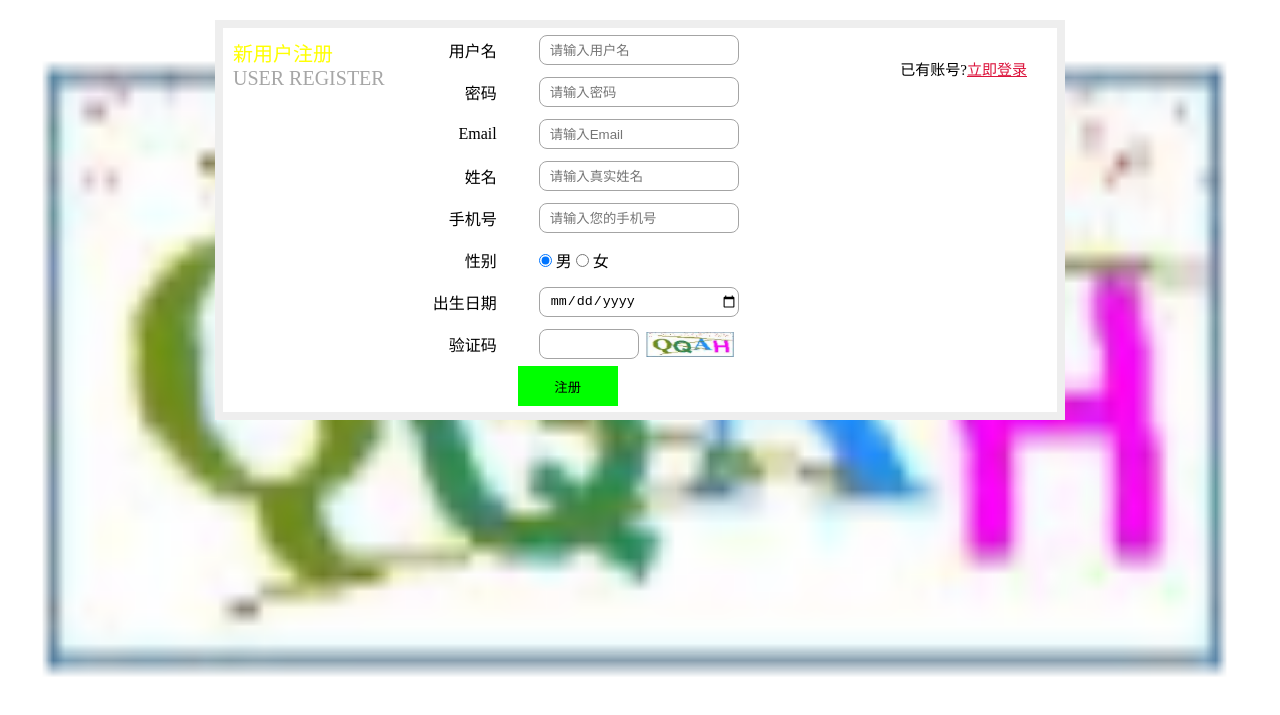
Repository: eheihaha2/whoisthespy-
Page: webDemo/WebContent/register.html
The author's editor kept a copy of each file at every save. The page is drawn from the files as they stood at one save, then again after the next save.
The browser window is 1280 px wide. The pictures show the whole page.

Above is the page before, as saved 2020-02-25 06:47:00.

After the next save:
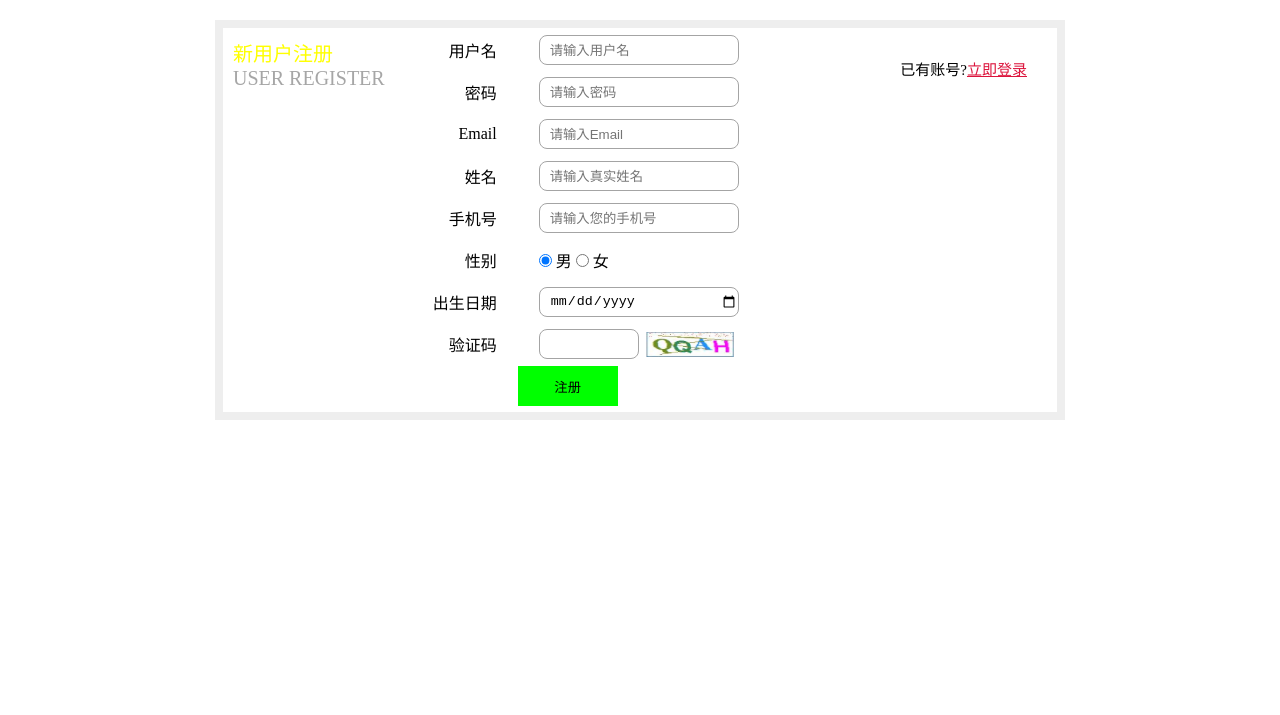
Not found: webDemo/WebContent/css/imag/9.jpg
Saved 63 s later.
--- a/webDemo/WebContent/css/register.css
+++ b/webDemo/WebContent/css/register.css
@@ -5,7 +5,7 @@
 }
 
 body {
-    background: url("imag/10.png") no-repeat center;
+    background: url(imag/9.jpg) no-repeat center;
     /*设置图片适应整个页面*/
     background-size: 100% 100%;
     background-attachment:fixed;

After the save that followed:
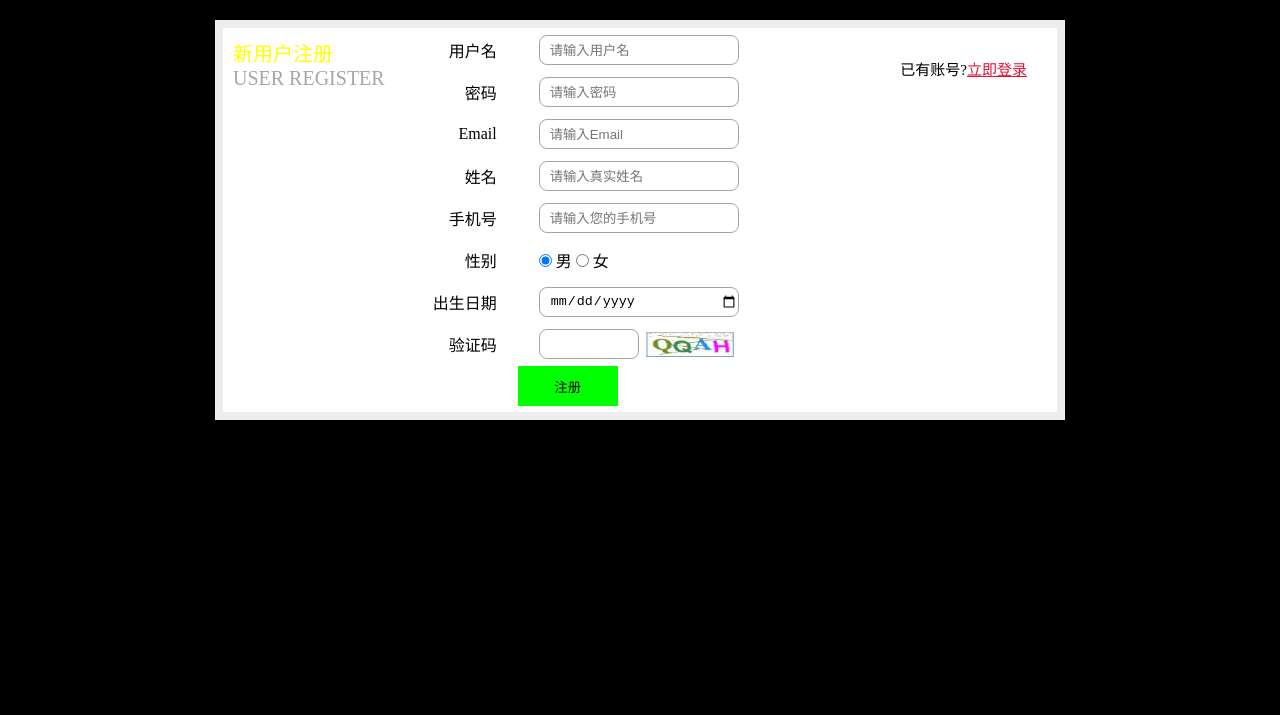
Saved 96 s later.
--- a/webDemo/WebContent/css/register.css
+++ b/webDemo/WebContent/css/register.css
@@ -5,7 +5,7 @@
 }
 
 body {
-    background: url(imag/9.jpg) no-repeat center;
+    background: black;
     /*设置图片适应整个页面*/
     background-size: 100% 100%;
     background-attachment:fixed;
